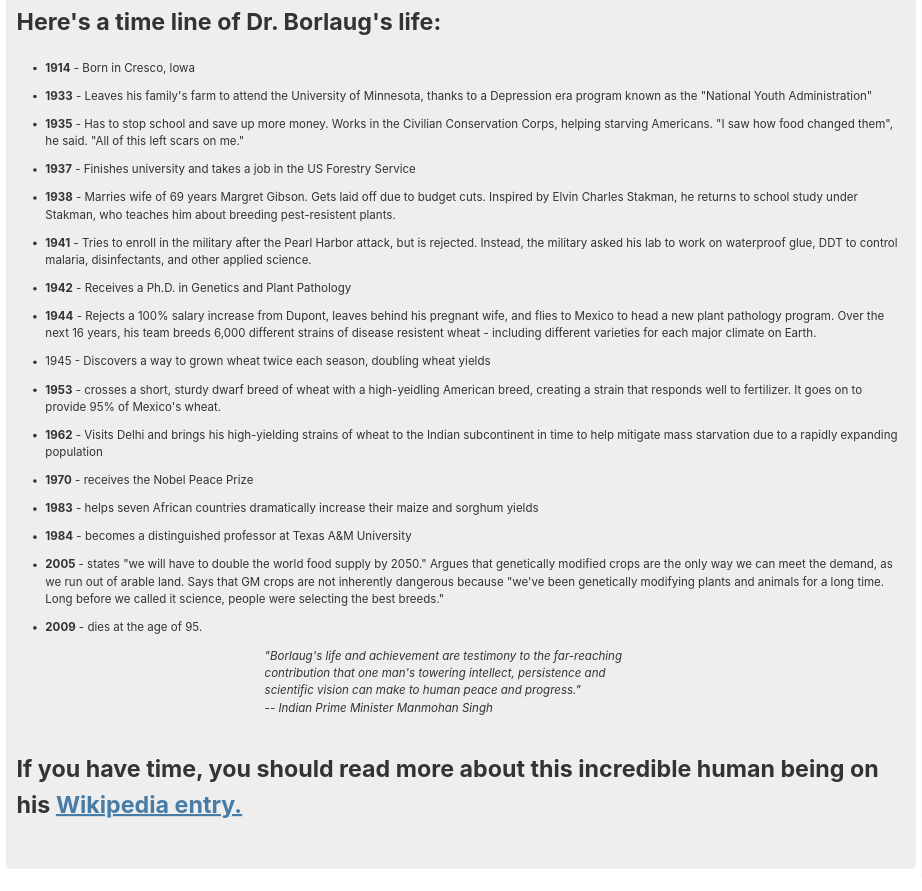
Repository: Lungdjos/tribute-page-certificate
Page: index.html
These files come from the project's save history. The page is drawn as it stood at one moment and after the next save; the edit follows.
The browser window is 1280 px wide. The pictures show the part of the page from y = 544 to 2334 px (the page is 1781 px tall before and 2334 px after), at 72% of full size.
A picture or video elsewhere on the page could not be fetched, so the positions and the page height are approximate.

Above is the page before, as saved 2023-10-30 12:52:54.

### index.html
<!DOCTYPE html>
<html lang="en">

<head>
    <meta charset="UTF-8">
    <meta name="viewport" content="width=device-width, initial-scale=1.0">
    <title>Document</title>
    <link rel="stylesheet" href="styles.css">
</head>

<body>
    <main id="main">
        <h1 id="title">Dr. Norman Borlaug</h1>
        <p>The man who saved a billion lives</p>
        <div id="img-div">
            <img id="image" src="https://cdn.freecodecamp.org/testable-projects-fcc/images/tribute-page-main-image.jpg" alt="">
            <figcaption id="img-caption">Dr. Norman Borlaug, third from the left, trains biologists in Mexico on how to increase wheat yields - part of his life-long war on hunger.</figcaption>
        </div>
        <div id="tribute-info">
            <h2>Here's a time line of Dr. Borlaug's life:</h2>
            <ul>
                <li><strong>1914</strong> - Born in Cresco, lowa</li>
                <li><strong>1933</strong> - Leaves his family's farm to attend the University of Minnesota, thanks to a Depression era program known as the "National Youth Administration"</li>
                <li><strong>1935</strong> - Has to stop school and save up more money. Works in the Civilian Conservation Corps, helping starving Americans. "I saw how food changed them", he said. "All of this left scars on me."</li>
                <li><strong>1937</strong> - Finishes university and takes a job in the US Forestry Service</li>
                <li><strong>1938</strong> - Marries wife of 69 years Margret Gibson. Gets laid off due to budget cuts. Inspired by Elvin Charles Stakman, he returns to school study under Stakman, who teaches him about breeding pest-resistent plants.</li>
                <li><strong>1941</strong> - Tries to enroll in the military after the Pearl Harbor attack, but is rejected. Instead, the military asked his lab to work on waterproof glue, DDT to control malaria, disinfectants, and other applied science.</li>
                <li><strong>1942</strong> - Receives a Ph.D. in Genetics and Plant Pathology</li>
                <li><strong>1944</strong> - Rejects a 100% salary increase from Dupont, leaves behind his pregnant wife, and flies to Mexico to head a new plant pathology program. Over the next 16 years, his team breeds 6,000 different strains of disease
                    resistent wheat - including different varieties for each major climate on Earth.</li>
                <li>1945<strong></strong> - Discovers a way to grown wheat twice each season, doubling wheat yields</li>
                <li><strong>1953</strong> - crosses a short, sturdy dwarf breed of wheat with a high-yeidling American breed, creating a strain that responds well to fertilizer. It goes on to provide 95% of Mexico's wheat.</li>
                <li><strong>1962</strong> - Visits Delhi and brings his high-yielding strains of wheat to the Indian subcontinent in time to help mitigate mass starvation due to a rapidly expanding population</li>
                <li><strong>1970</strong> - receives the Nobel Peace Prize</li>
                <li><strong>1983</strong> - helps seven African countries dramatically increase their maize and sorghum yields</li>
                <li><strong>1984</strong> - becomes a distinguished professor at Texas A&M University</li>
                <li><strong>2005</strong> - states "we will have to double the world food supply by 2050." Argues that genetically modified crops are the only way we can meet the demand, as we run out of arable land. Says that GM crops are not inherently
                    dangerous because "we've been genetically modifying plants and animals for a long time. Long before we called it science, people were selecting the best breeds."</li>
                <li><strong>2009</strong> - dies at the age of 95.</li>

            </ul>
            <blockquote>"Borlaug's life and achievement are testimony to the far-reaching contribution that one man's towering intellect, persistence and scientific vision can make to human peace and progress."<br> -- Indian Prime Minister Manmohan Singh</blockquote>
            <h2 class="foot">If you have time, you should read more about this incredible human being on his
                <a href="https://en.wikipedia.org/wiki/Norman_Borlaug" target="_blank" id="tribute-link">Wikipedia entry.</a></h2>
        </div>
    </main>

</body>

</html>

### styles.css
    html {
        font-size: 10px;
    }

    body {
        background: #fff;
        text-align: center;
        color: #333;
        margin: 0;
        line-height: 1.2;
        font-size: 1.6rem;
        font-family: -apple-system, BlinkMacSystemFont, 'Segoe UI', 'Roboto', 'Helvetica Neue', Arial, sans-serif;
    }

    h1 {
        font-size: 4rem;
        margin-top: 0;
    }

    @media (max-width: 40px) {
        h1 {
            font-size: 3.5rem;
            line-height: 1.2;
        }
    }

    h2 {
        font-size: 3.23rem;
    }

    #main {
        background: #eee;
        margin: 30px 8px;
        border-radius: 5px;
        padding: 15px;
    }

    @media (max-width: 460px) {
        #main {
            margin: 0;
        }
    }
    /* image styling */

    #img-div {
        background: #fff;
        padding: 10px;
        margin: 0;
    }

    #img-caption {
        margin: 15px 0;
    }

    img {
        max-width: 100%;
        display: block;
        height: auto;
        margin: 0 auto;
    }
    /* tribute infomation */

    #tribute-info {
        line-height: 1.5;
        text-align: left;
        margin: 0 auto 50px auto;
        max-width: ;
    }

    ul {}

    li {
        margin: 15px 0;
    }
    /* styling at the bottom */

    blockquote {
        font-style: italic;
        max-width: 545px;
        margin: 0 auto 50px auto;
        text-align: left;
    }

    a {
        color: #477ca7;
    }

    a:visited {
        color: #74638f;
    }

After the next save:
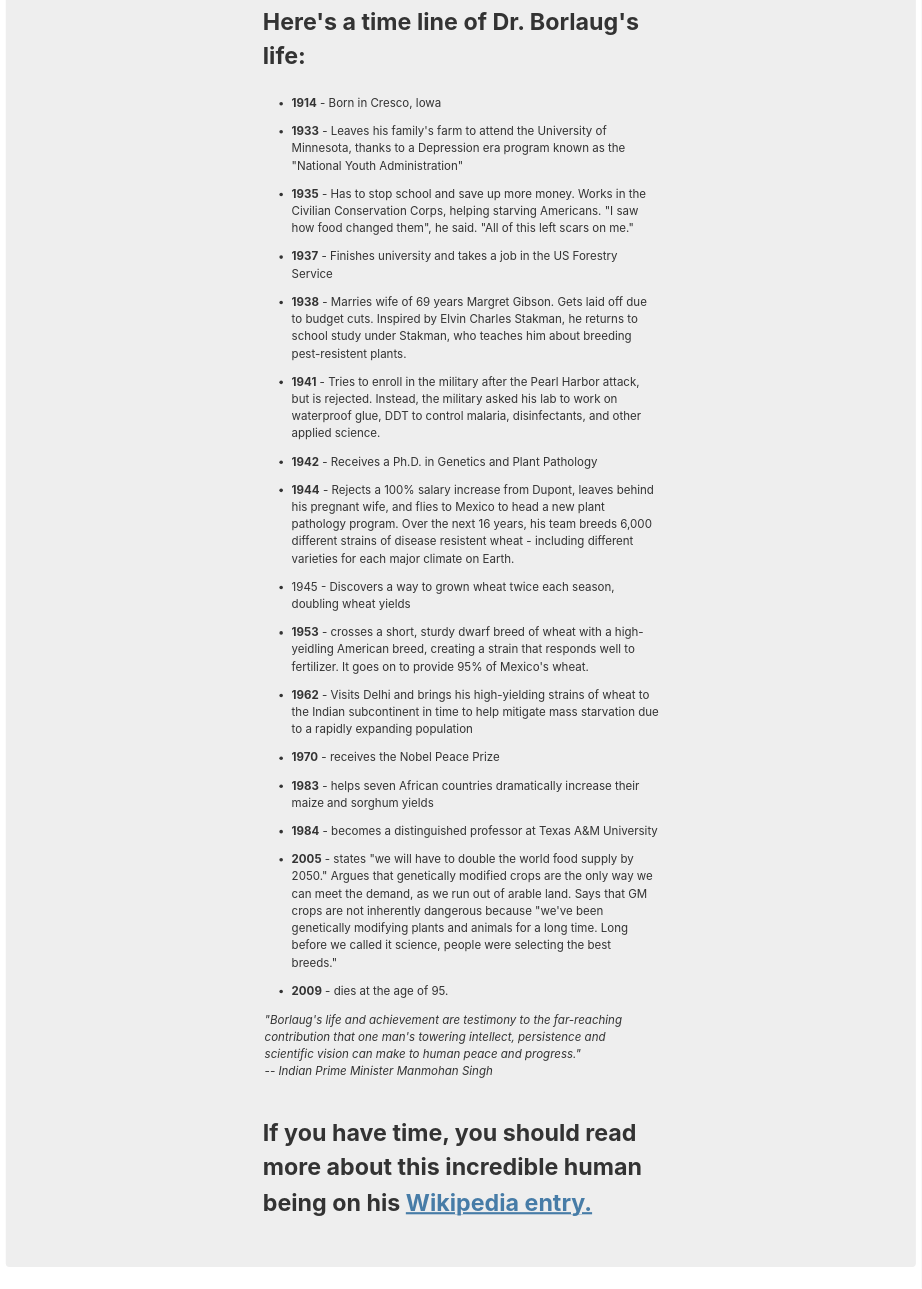
Saved 4 s later.
--- a/styles.css
+++ b/styles.css
@@ -64,7 +64,7 @@
         line-height: 1.5;
         text-align: left;
         margin: 0 auto 50px auto;
-        max-width: ;
+        max-width: 550px;
     }
 
     ul {}
